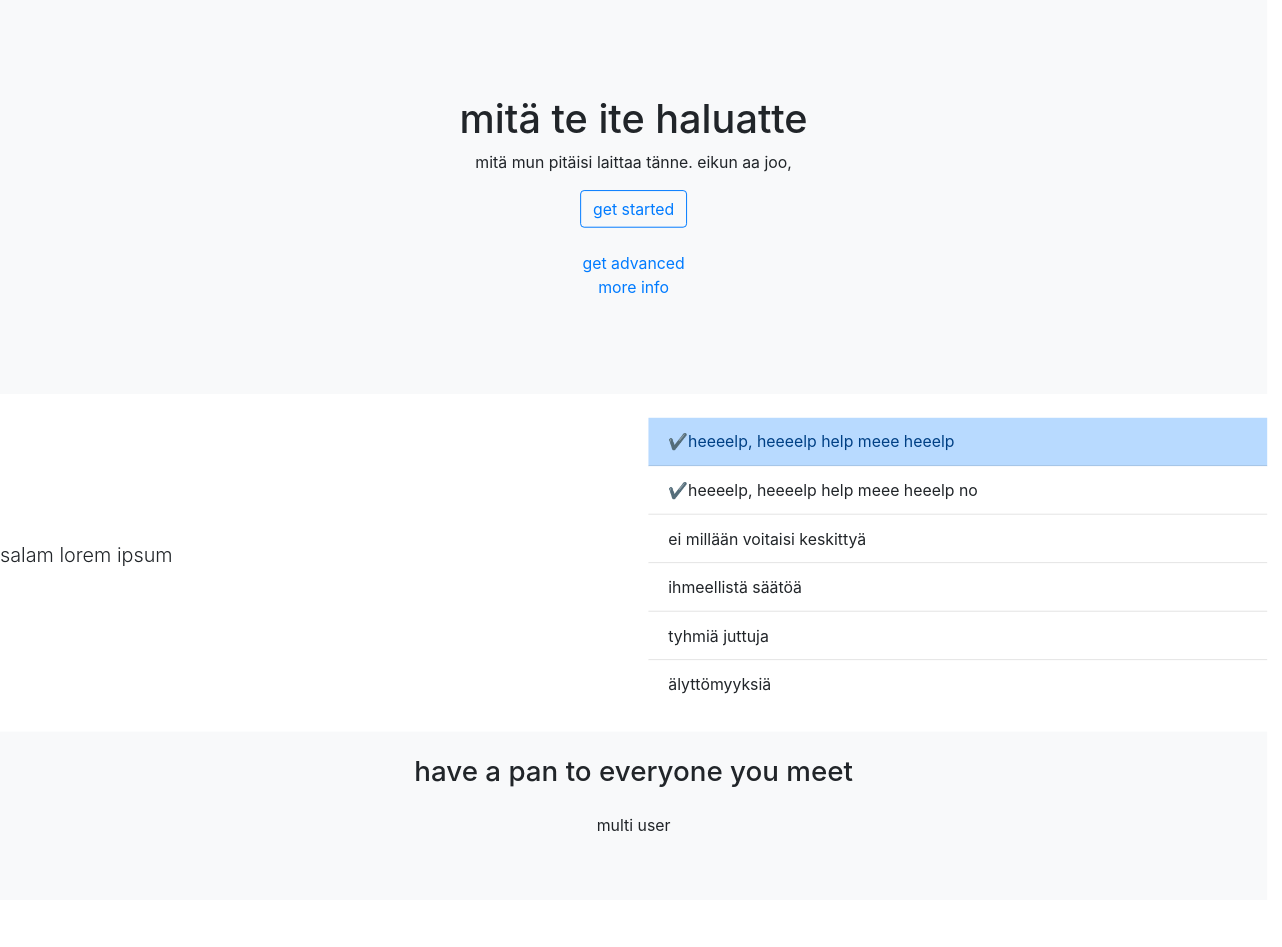
Repository: jessehapuli/jessehapuli.github.io
Page: Bootstrap/index.html
These files come from the project's save history. The page is drawn as it stood at one moment and after the next save; the edit follows.
The browser window is 1280 px wide. The page is 1295 px wide, so the pictures cover 1295 px, including what lies to the right of the window. The pictures show the whole page, at 99% of full size.

Above is the page before, as saved 2024-04-24 11:21:05.

After the next save:
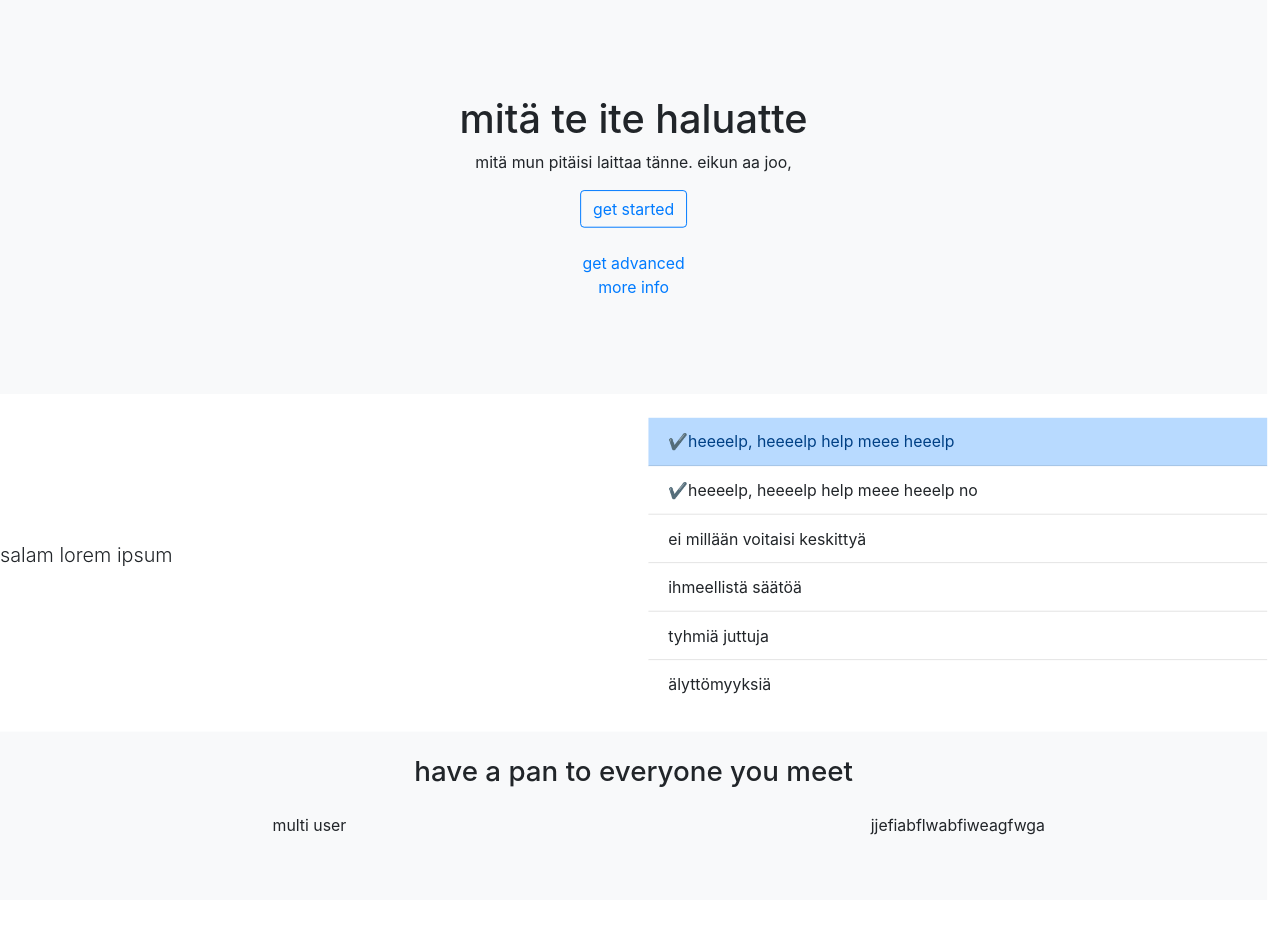
Saved 68 min 43 s later.
--- a/Bootstrap/index.html
+++ b/Bootstrap/index.html
@@ -52,6 +52,10 @@
           <i class="fas fa-user fa-5x py-3"></i>
           <p>multi user</p>
         </div>
+        <div class="col">
+          <i class="fas fa-file-alt fa-5x py-3"></i>
+          <p>jjefiabflwabfiweagfwga</p>
+        </div>
       </div>
     </section>
 
